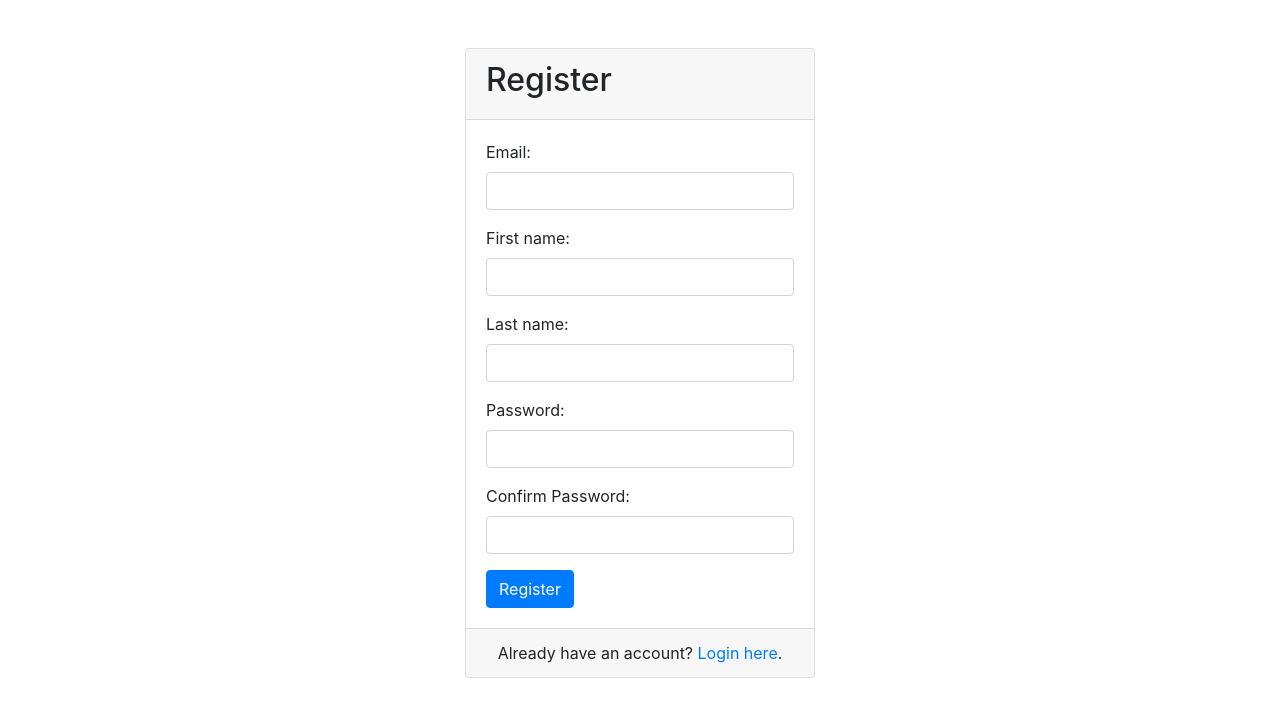
Repository: apps-eduard/TH_MONITORING_v1
Page: http://localhost/user_profile/register/
The author's editor kept a copy of each file at every save. The page is drawn from the files as they stood at one save, then again after the next save.
The browser window is 1280 px wide. The pictures show the whole page.
Some web libraries are served in a nearby version. The page is served by the project's application, run on Django 5.2 (manage.py).

Above is the page before, as saved 2024-03-26 13:41:33.

After the next save:
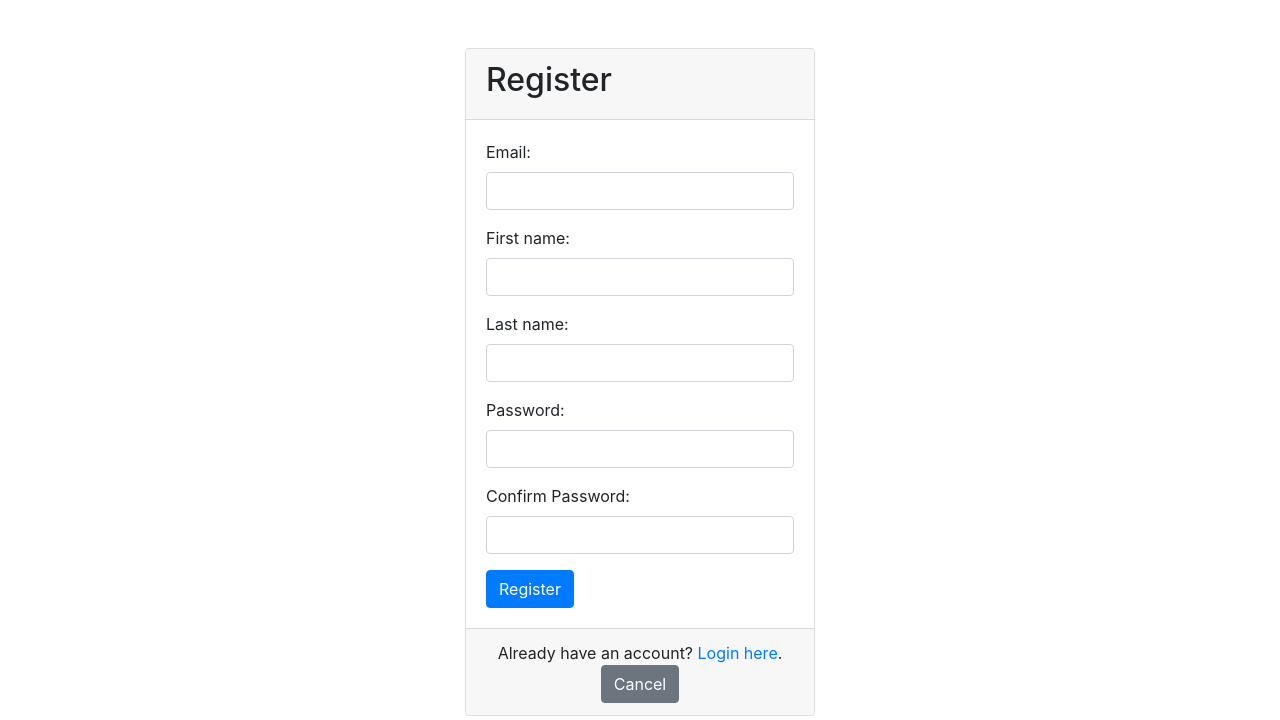
Saved 15 s later.
--- a/user_profile/templates/user_profile/register.html
+++ b/user_profile/templates/user_profile/register.html
@@ -24,6 +24,7 @@
                 <!-- Card footer (optional) -->
                 <div class="card-footer text-center">
                     Already have an account? <a href="{% url 'login' %}">Login here</a>.
+                    <a href="{% url 'user_profile:login' %}" class="btn btn-secondary">Cancel</a>
                 </div>
             </div>
         </div>
